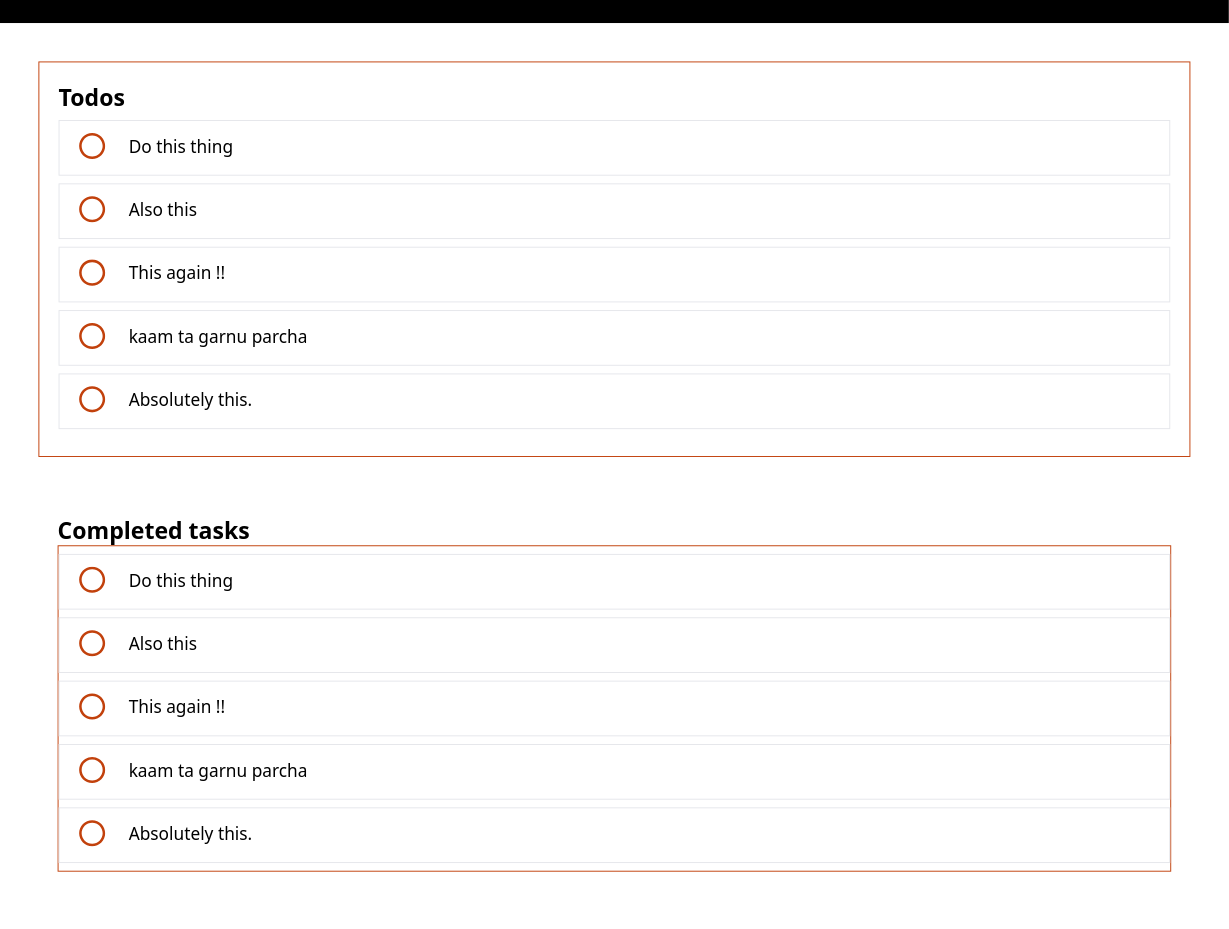
Repository: thekingisherenow/personalTodo
Page: /
These files come from the project's save history. The page is drawn as it stood at one moment and after the next save; the edit follows.
The browser window is 1280 px wide. The pictures show the whole page, at 96% of full size.
The project was rebuilt for these pictures with package versions that can differ from the ones it lists, and the page was loaded fresh each time. The framework's server and built-in components were replaced by stand-ins that run in the browser. Also part of the build but not shown: next.config.js, styles/Home.module.css.

Above is the page before, as saved 2022-12-15 19:38:44.

### pages/index.js
import Head from 'next/head'
import Image from 'next/image'
import Completed from '../components/CompletedTodos'
import Todos from '../components/Todos'
import styles from '../styles/Home.module.css'

export default function Home() {
  return (
    <div>
      <Head>
        <title>Create Next App</title>
        <meta name="description" content="To-do App" />
        <link rel="icon" href="/favicon.ico" />
      </Head>

     <div className='bg-white'>
      <h1 className='bg-black'>Completed --Tasks</h1>
      <Todos/>

      {/* //Completed tasks */}
      <Completed />
     </div>
    </div>
  )
}

### components/CompletedTodos.js
import React, { useState } from 'react'
import CompletedTodo from './CompletedTodo'

function Completed() {
  const [todolist, setTodolist] = useState([ "Do this thing","Also this", "This again !!" ,"kaam ta garnu parcha","Absolutely this."])

  return (
    <div className='p-5 m-10 '>
      <button className='font-bold text-2xl'>Completed tasks</button>

      <div className='border border-orange-700'>
            {todolist.length? todolist.map((todo,index)=>{
                return(
                    <CompletedTodo key={index} index={index} todo={todo}  />
                    )
                }):<div className='p-8  text-gray-400'>No items to display.</div>}
            </div>
    </div>
  )
}

export default Completed

### components/Todos.js
import React, { useEffect, useState } from 'react'
import Todo from './Todo'

function Todos() {

    const [todolist, setTodolist] = useState([ "Do this thing","Also this", "This again !!" ,"kaam ta garnu parcha","Absolutely this."])

     //a function that removes the data.
     const tick = (data)=>{
        console.log("hello")
        console.log("the index from todo is",data)
        setTodolist(todolist.filter((item,index)=>  index !== data  ) )
        console.log("todo after filter",todolist)
        // setTodolist(todolist)
    }

  return (
    <div className='p-5 m-10 border border-orange-700'>
      <h1 className='font-bold text-2xl'>Todos</h1>
        <div>
            {todolist.length? todolist.map((todo,index)=>{
                return(
                    <Todo key={index} index={index} todo={todo} tick ={tick} />
                    )
                }):<div className='p-8  text-gray-400'>No items to display.</div>}
            </div>

    </div>
  )
}

export default Todos

### components/CompletedTodo.js
import React, { useState } from 'react'
import { FaRegCircle ,FaRegCheckCircle } from 'react-icons/fa';

function CompletedTodo({todo}) {
    const [check, setCheck] = useState(false)

    //    console.log("the index inside the todo component is:",index)
      return (
        <div className='border  p-2 my-2 flex'>
            <div
            // onClick={()=>tick(index)}
             className=' w-9 h-9 flex justify-center ml-2 items-center' onMouseEnter={()=>setCheck(true)}  onMouseLeave={()=>setCheck(false)} >

            { check?

    <FaRegCheckCircle
    className=' text-orange-700 w-7 h-7 m-auto' /> :
    <FaRegCircle className='w-7 text-orange-700 h-7 m-auto' />
    }
    </div>

          <span className='text-center h-10 text-lg my-auto  p-1 ml-4 '>{todo}</span>
        </div>
      )
}

export default CompletedTodo

### components/Todo.js
import React, { useState } from 'react'
import { CheckCircleIcon } from '@heroicons/react/24/outline'
import { FaRegCircle ,FaRegCheckCircle } from 'react-icons/fa';

function Todo({todo,index,tick}) {
    const [check, setCheck] = useState(false)

//    console.log("the index inside the todo component is:",index)
  return (
    <div className='border  p-2 my-2 flex'>
        <div onClick={()=>tick(index)}
         className=' w-9 h-9 flex justify-center ml-2 items-center' onMouseEnter={()=>setCheck(true)}  onMouseLeave={()=>setCheck(false)} >

        { check?

<FaRegCheckCircle
className=' text-orange-700 w-7 h-7 m-auto' /> :
<FaRegCircle className='w-7 text-orange-700 h-7 m-auto' />
}
</div>

      <span className='text-center h-10 text-lg my-auto  p-1 ml-4 '>{todo}</span>
    </div>
  )
}

export default Todo

Loaded but not shown: pages/_app.js (common file); styles/globals.css (common file); tailwind.config.js (common file)

After the next save:
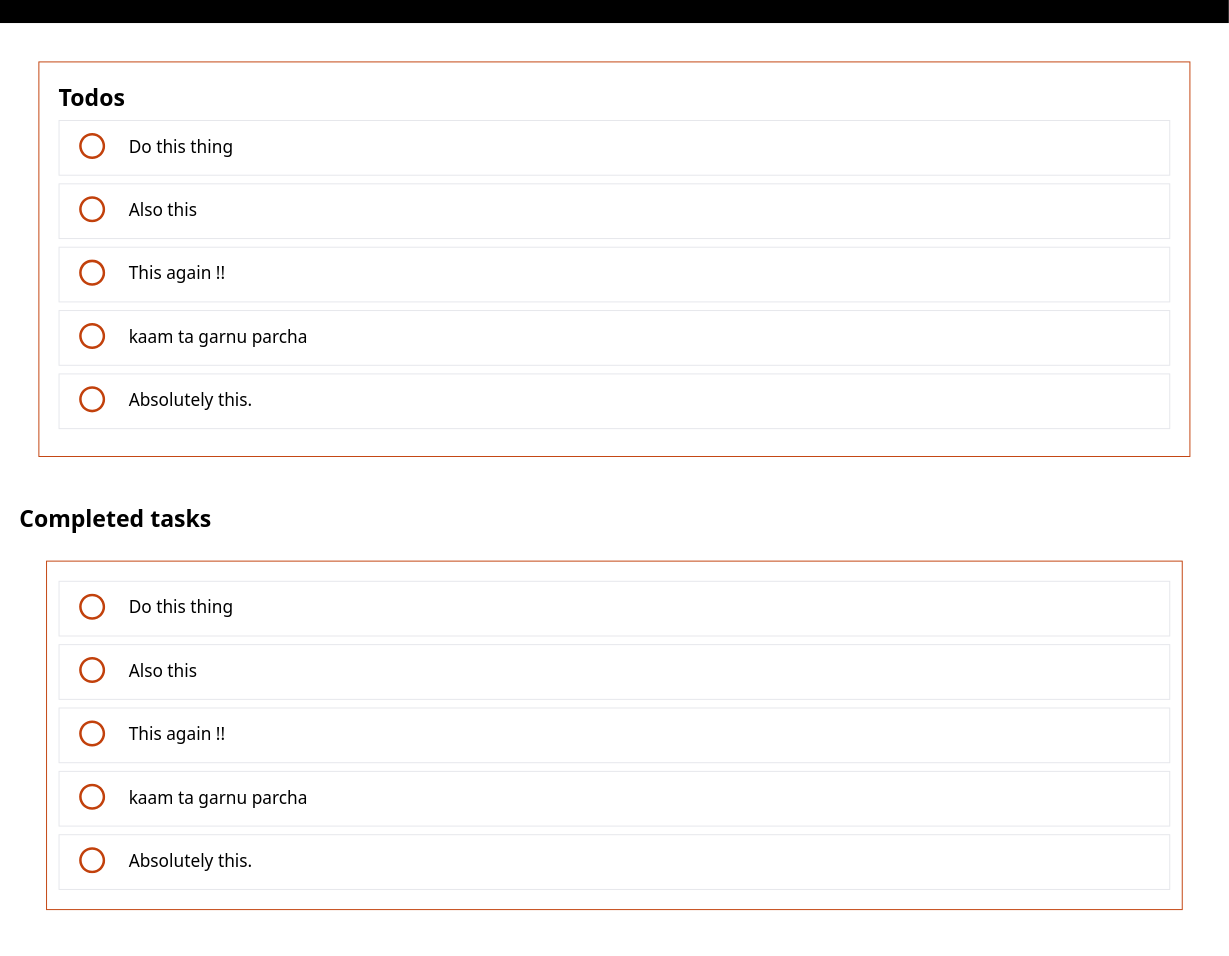
Saved 21 s later.
--- a/components/CompletedTodos.js
+++ b/components/CompletedTodos.js
@@ -5,10 +5,10 @@ function Completed() {
   const [todolist, setTodolist] = useState([ "Do this thing","Also this", "This again !!" ,"kaam ta garnu parcha","Absolutely this."])
 
   return (
-    <div className='p-5 m-10 '>
+    <div className='p-2 m-3 '>
       <button className='font-bold text-2xl'>Completed tasks</button>
 
-      <div className='border border-orange-700'>
+      <div className='border p-3 m-7 border-orange-700'>
             {todolist.length? todolist.map((todo,index)=>{
                 return(
                     <CompletedTodo key={index} index={index} todo={todo}  />
